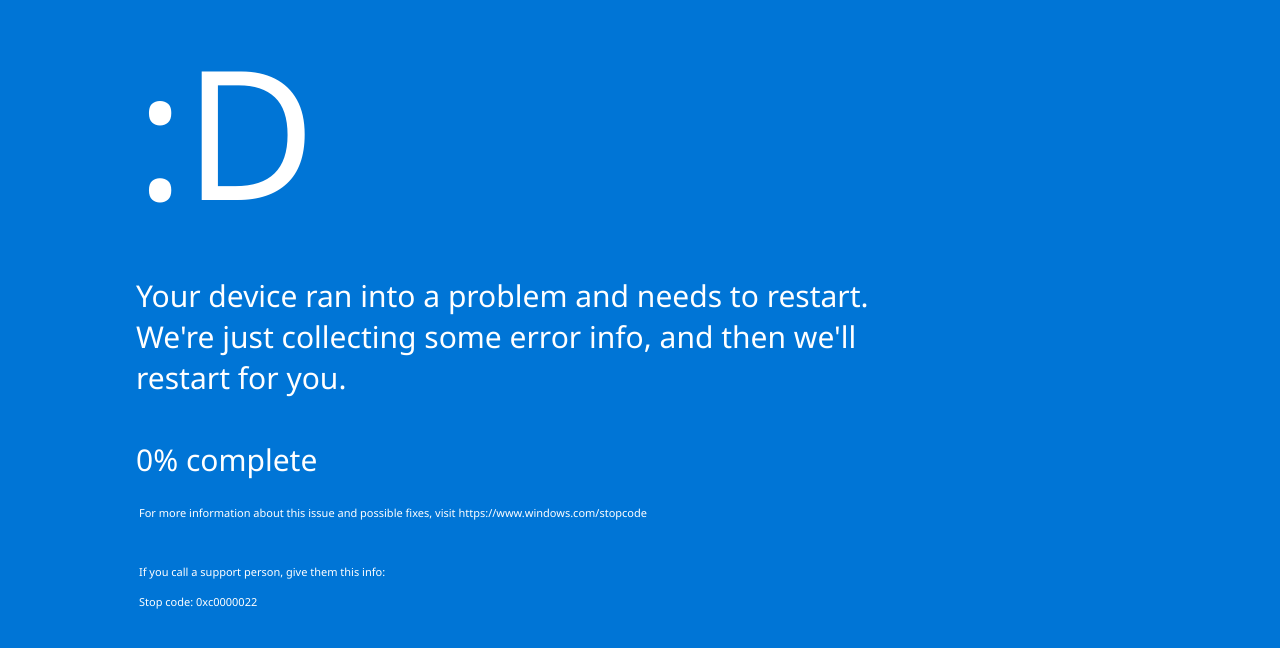
Repository: end888160/end888160.github.io
Page: BSoD2.html
These files come from the project's save history. The page is drawn as it stood at one moment and after the next save; the edit follows.
The browser window is 1280 px wide. The pictures show the whole page.

Above is the page before, as saved 2024-09-22 23:07:48.

After the next save:
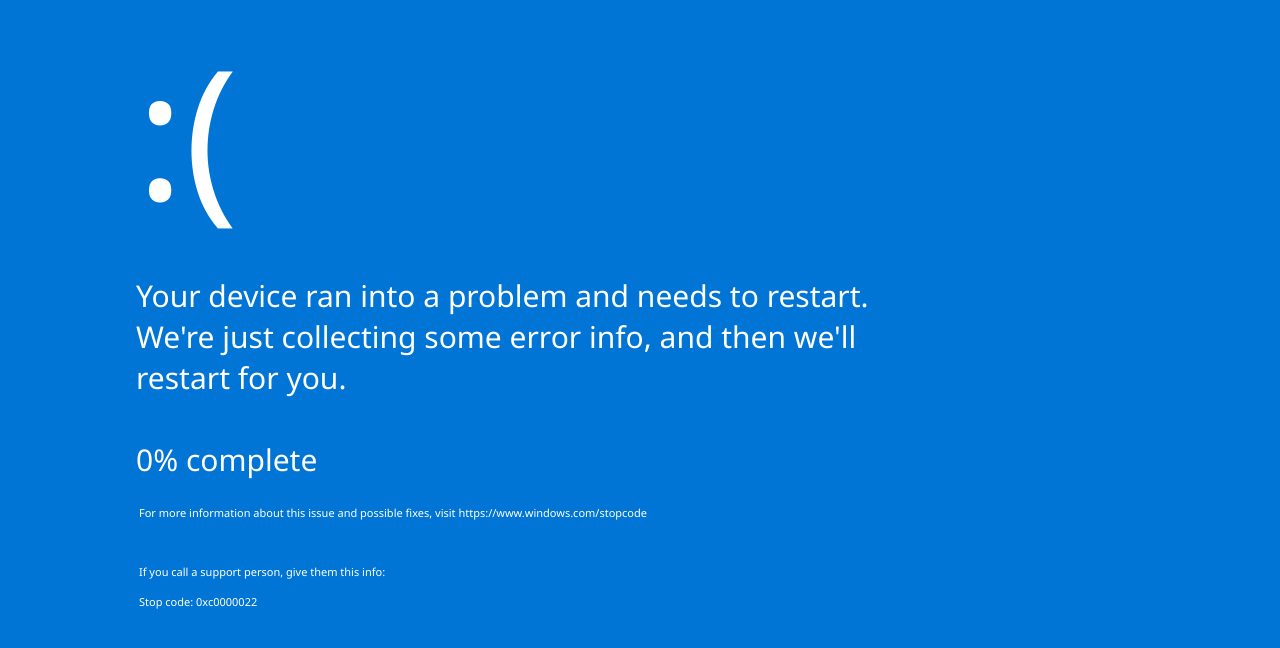
Saved 15 s later.
--- a/BSoD2.html
+++ b/BSoD2.html
@@ -24,7 +24,7 @@
 	}
 
 </style>
-<div id="face">:D</div><br>
+<div id="face">:(</div><br>
 <div id="your">Your device ran into a problem and needs to restart.<br>
 	We're just collecting some error info, and then we'll<br>
 	restart for you.<br>
